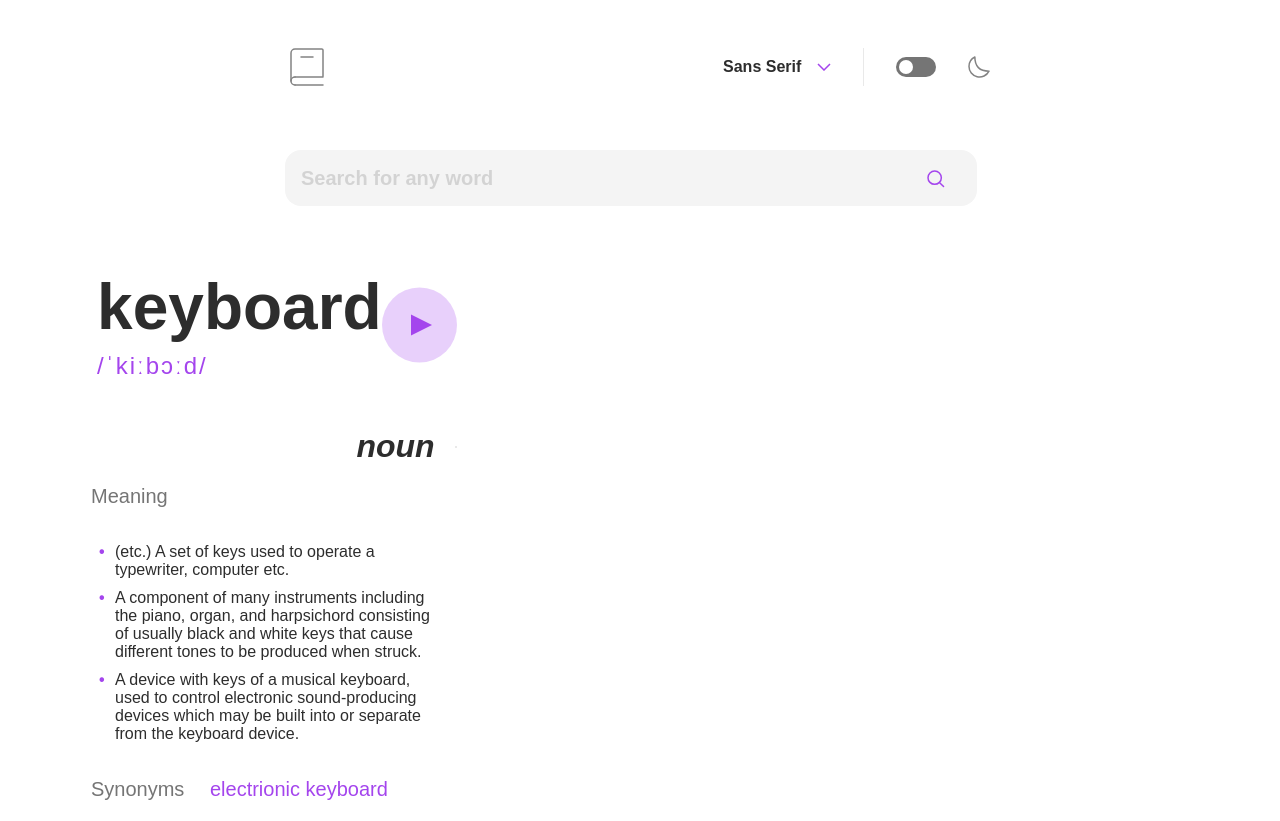
Repository: Arkitecth/dictionary-app
Page: index.html
An editor plug-in stored every save of this project. The page is shown before and after the next save, followed by the edit.
The browser window is 1280 px wide. The pictures show the whole page.

Above is the page before, as saved 2023-07-20 16:43:47.

### index.html
<!DOCTYPE html>
<html lang="en">
<head>
  <meta charset="UTF-8">
  <meta name="viewport" content="width=device-width, initial-scale=1.0">
  <link rel="stylesheet" href="styles.css">
  <title>Dictionary</title>
</head>
<body>

  <!-- Navigation -->
  <nav>
    <img src="assets/images/logo.svg" alt="logo">

    <div class="right">
      <div class="fonts">
        <p>Sans Serif</p>
        <img src="assets/images/icon-arrow-down.svg" alt="icon-arrow-down">
      </div>

      <div class="ruler"></div>

      <div class="togglers">
        <!-- Rounded switch -->
        <label class="switch">
          <input type="checkbox">
          <span class="slider round"></span>
        </label>
        <img src="assets/images/icon-moon.svg" alt="moon-icon">
      </div>
    </div>
  </nav>


  <!-- Search Bar -->
  <section class="search">
    <label for="search-bar"></label>
    <input type="text" name="search-bar" id="search-bar" placeholder="Search for any word">
    <img src="assets/images/icon-search.svg" alt="search-icon" class="search-icon">
  </section>


  <main>
    <section class="word-view">
      <div class="word-group">
        <h1>keyboard</h1>
        <p>/ˈkiːbɔːd/</p>
      </div>
      <img class="icon-play" src="assets/images/icon-play.svg" alt="icon-play">
    </section>

    <div class="speech-part-group">
      <p class="speech-part">noun</p>
      <div class="grey-rule"></div>
    </div>

    <section class="description">
      <p>Meaning</p>
      <ul>
        <li>(etc.) A set of keys used to operate a typewriter, computer etc.</li>
        <li>A component of many instruments including the piano, organ, and harpsichord consisting of usually black and white keys that cause different tones to be produced when struck.</li>
        <li>A device with keys of a musical keyboard, used to control electronic sound-producing devices which may be built into or separate from the keyboard device.</li>
      </ul>
      <p class="synonymn">Synonyms <span>electrionic keyboard</span></p>

    </section>

    <!-- <div class="speech-part-group">
      <p class="speech-part">noun</p>
      <div class="grey-rule"></div>
    </div>

    <section class="description">
      <p>Meaning</p>
      <ul>
        <li>(etc.) A set of keys used to operate a typewriter, computer etc.</li>
        <li>A component of many instruments including the piano, organ, and harpsichord consisting of usually black and white keys that cause different tones to be produced when struck.</li>
        <li>A device with keys of a musical keyboard, used to control electronic sound-producing devices which may be built into or separate from the keyboard device.</li>
      </ul>
      <p class="synonymn">Synonyms <span>electrionic keyboard</span></p>

    </section> -->





  </main>

</body>
</html>

### styles.css
:root {
    --dark-grey: #757575;
    --purple:#a445ed;
    --light-grey:#f4f4f4;
    --dark-three:#2d2d2d;
    --lighter-grey:#e9e9e9;
}


* {
    margin: 0;
    padding: 0;
}



/* Main Styling */
body {
    max-width: 1100px;
    margin: 0 auto;
    font-family: sans-serif;
    color: var(--dark-three);
}


/* Light Styling */

/* Nav Styling */
nav {
    display: flex;
    justify-content: space-around;
    margin-top: 3rem;
}

.right {
    display: flex;
    gap: 2rem;
}

.fonts {
    display: flex;
    gap: 1rem;
    align-items: center;
    font-weight: 600;
}

.ruler {
    width: 1px;
    background-color: #e9e9e9;
}

.togglers {
    display: flex;
    gap: 2rem;
    align-items: center;
}



/* The switch - the box around the slider */
.switch {
  position: relative;
  display: inline-block;
  width: 40px;
  height: 20px;
}

/* Hide default HTML checkbox */
.switch input {
  opacity: 0;
  width: 0;
  height: 0;
}

/* The slider */
.slider {
  position: absolute;
  cursor: pointer;
  top: 0;
  left: 0;
  right: 0;
  bottom: 0;
  background-color: var(--dark-grey);
  -webkit-transition: .4s;
  transition: .4s;
}

.slider:before {
  position: absolute;
  content: "";
  height: 14px;
  width: 14px;
  left: 3px;
  bottom: 3px;
  background-color: white;
  -webkit-transition: .4s;
  transition: .4s;
}

input:checked + .slider {
  background-color: var(--purple)
}

input:focus + .slider {
  box-shadow: 0 0 1px var(--purple)
}

input:checked + .slider:before {
  -webkit-transform: translateX(20px);
  -ms-transform: translateX(20px);
  transform: translateX(20px);
}

/* Rounded sliders */
.slider.round {
  border-radius: 34px;
}

.slider.round:before {
  border-radius: 50%;
}



/* Search */

.search {
    text-align: center;
    margin-top: 4rem;
    display: flex;
    justify-content: center;
}

input[type="text"] {
    width:60%;
    height: 1.5rem;
    padding: 1rem;
    border-radius: 16px;
    border: none;
    background-color: var(--light-grey);
    outline: none;
    font-size: 20px;
    font-weight: 700;

}

input[type="text"]:active,
input[type="text"]:focus {
    border: 1px solid var(--purple);
}


input[type="text"]::placeholder {
    opacity: 0.25;
}

.search-icon {
    transform: translate(-50px,1px);
    text-align: center;
}



/* Word View */

main {
    display: grid;
    grid-template-rows: repeat(5, auto);
    grid-template-columns: 1fr 1fr 1fr;
    align-items: center;
    grid-auto-flow: row;
}


.word-view {
    text-align: center;
    margin-top: 4rem;
    display: flex;
    justify-content: space-around;
    grid-column: 1;
    justify-self: end;
}
.word-group h1 {
    font-size: 4rem;
    gap: 30px;
}

.word-group p {
    text-align: left;
    font-size: 1.5rem;
    color: var(--purple);
    font-weight: 400;
    padding-top: 0.5rem;
    letter-spacing: 2px;
}


/* Speech Part(noun, pronoun, verb) */
.speech-part-group {
    display: flex;
    justify-content: center;
    align-items: center;
    gap: 20px;
    margin-top: 3rem;
    grid-row: 2;
    grid-column: 1;
    justify-self: end;
}
.speech-part {
    text-align: left;
    font-size: 2rem;
    font-weight: 700;
    font-style: italic;
}
.grey-rule {
    border: 1px solid var(--lighter-grey);
    height: 0;
    width: 56%;
}

/* Description */
.description {
    /* width: fit-content;
    margin: 0 auto;
    margin-top: 2rem; */
    /* width: 64%; */
    grid-row: 3;
    justify-self: end;
    margin: 0 auto;


}
.description p {
    color: var(--dark-grey);
    text-align: left;
    font-size: 1.25rem;
    padding: 20px 1px;
}
ul {
    text-align: left;
    padding: 10px 20px;
    list-style: none;
}
ul li::before {
    content: "\2022";
    width: 1rem;
    font-weight: bold;
    display: inline-block;
    margin-left: -1em;
    color: var(--purple);
}
ul li{
    padding: 5px;
    color: var(--dark-three);
}
.synonymn span {
    color: var(--purple);
    padding: 0 20px;
}


/* Mobile Styels */

@media screen and (max-width:375px) {

    input[type="text"] {
        width: 327px;
    }
    .search {
        margin-left: 10px;
    }

    .word-group h1 {
        font-size: 32px;
    }

    .icon-play {
        width: 48px;
    }

    .description {
        width: 275px;
    }

    .speech-part {
        font-size: 18px;
    }

    .description p {
        font-size: 16px;
    }
}

After the next save:
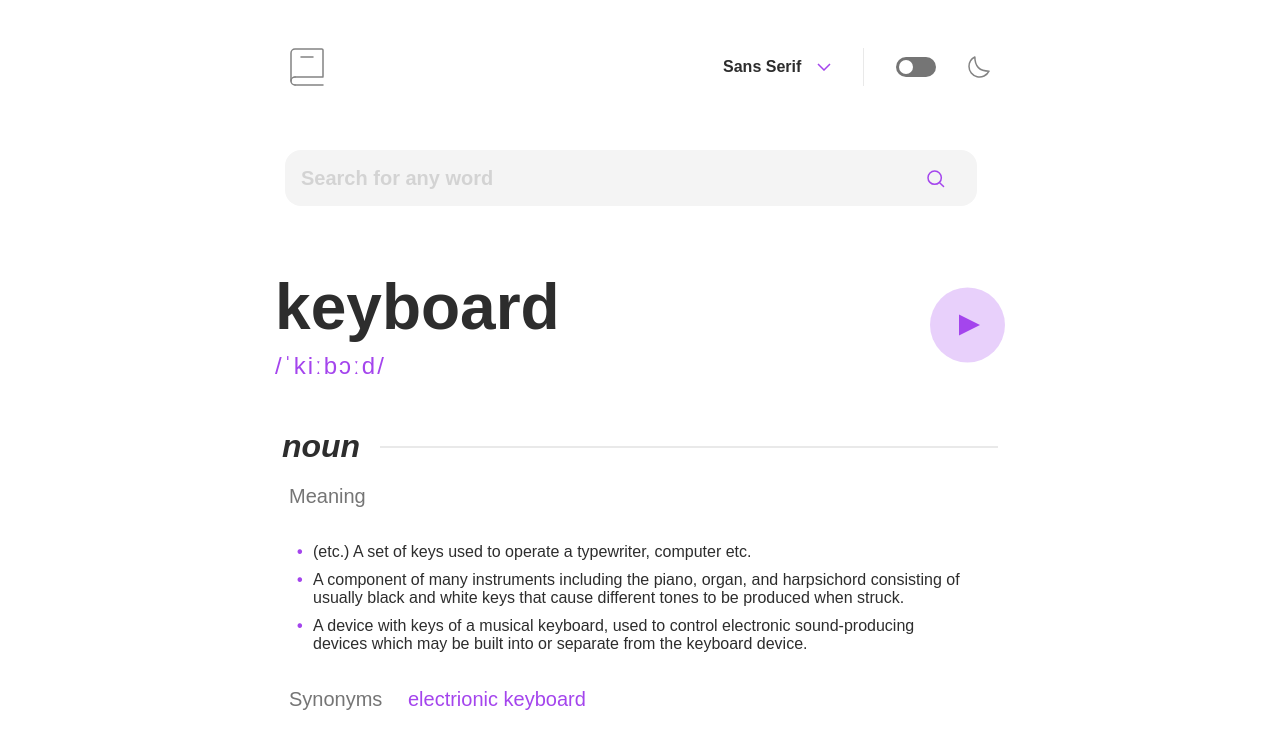
Saved 31 s later.
--- a/styles.css
+++ b/styles.css
@@ -164,11 +164,8 @@
 /* Word View */
 
 main {
-    display: grid;
-    grid-template-rows: repeat(5, auto);
-    grid-template-columns: 1fr 1fr 1fr;
-    align-items: center;
-    grid-auto-flow: row;
+    display: flex;
+    flex-direction: column;
 }
 
 
@@ -177,12 +174,9 @@
     margin-top: 4rem;
     display: flex;
     justify-content: space-around;
-    grid-column: 1;
-    justify-self: end;
 }
 .word-group h1 {
     font-size: 4rem;
-    gap: 30px;
 }
 
 .word-group p {
@@ -202,9 +196,6 @@
     align-items: center;
     gap: 20px;
     margin-top: 3rem;
-    grid-row: 2;
-    grid-column: 1;
-    justify-self: end;
 }
 .speech-part {
     text-align: left;
@@ -223,9 +214,7 @@
     /* width: fit-content;
     margin: 0 auto;
     margin-top: 2rem; */
-    /* width: 64%; */
-    grid-row: 3;
-    justify-self: end;
+    width: 64%;
     margin: 0 auto;
 
 
